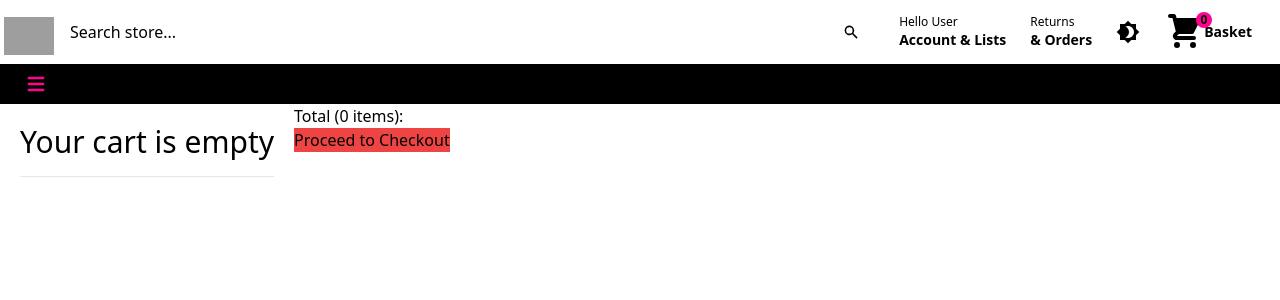
Repository: MarkusDavis/markus-davis-store
Page: /checkout
The author's editor kept a copy of each file at every save. The page is drawn from the files as they stood at one save, then again after the next save.
The browser window is 1280 px wide. The pictures show the whole page.
Pictures or frames that could not be fetched are drawn as grey boxes. The page's requests for data from a server got no answer. The project was rebuilt for these pictures with package versions that can differ from the ones it lists, and the page was loaded fresh each time. The framework's server and built-in components were replaced by stand-ins that run in the browser. No one was signed in, and anything a server would have sent is missing. Also part of the build but not shown: next.config.js, src/components/CheckoutProduct.js.

Above is the page before, as saved 2022-10-11 01:55:52.

### src/pages/_app.js
import { ThemeProvider } from "next-themes";
import { Provider } from "react-redux";
import { store } from "../app/store";
import "../styles/globals.css";
import { SessionProvider } from "next-auth/react";

function MyApp({ Component, pageProps: { session, ...pageProps } }) {
  return (
    <SessionProvider session={session}>
      <ThemeProvider
        forcedTheme={Component.theme || undefined}
        attribute="class"
      >
        <Provider store={store}>
          <Component {...pageProps} />
        </Provider>
      </ThemeProvider>
    </SessionProvider>
  );
}

export default MyApp;

### src/pages/checkout.js
import { useSession } from "next-auth/react";
import Image from "next/image";
import React from "react";
import { useSelector } from "react-redux";
import CheckoutProduct from "../components/CheckoutProduct";
import Header from "../components/Header";
import { selectItems } from "../slices/basketSlice";

function checkout() {
  const items = useSelector(selectItems);
  const session = useSession();
  return (
    <div className="">
      <Header />

      <main className="lg:flex max-w-screen-2xl mx-auto">
        <div className="flex flex-col p-5 space-y-10">
          <h1 className="text-3xl border-b pb-4">
            {items.length === 0 ? "Your cart is empty" : "Your Shopping Cart"}
          </h1>
          {items.map((item, i) => (
            <CheckoutProduct
              key={i}
              id={item.id}
              title={item.title}
              rating={item.rating}
              price={item.price}
              description={item.description}
              category={item.category}
              image={item.image}
              hasPlus={item.hasPlus}
            />
          ))}
        </div>
        <div className="">
          <h2 className="whitespace-nowrap">
            Total ({items.length} items):
            <span className="font-bold">
              {/* <Currency quantity={price} currency="USD" /> */}
            </span>
          </h2>
          <button className="button">
            {!session ? "Sign in to Continue" : "Proceed to Checkout"}
          </button>
        </div>
      </main>
    </div>
  );
}

export default checkout;

### src/styles/globals.css
@tailwind base;
@tailwind components;
@tailwind utilities;

@layer components {
  .link {
    @apply cursor-pointer hover:underline hover:text-primary;
  }
  .button {
    @apply bg-red-500;
  }
}

### src/components/Header.js
import React from "react";
import { signIn, signOut, useSession } from "next-auth/react";
import Image from "next/image";
import Brightness4Icon from "@material-ui/icons/Brightness4";
import { MenuIcon, ShoppingCartIcon, SearchIcon } from "@heroicons/react/solid";
import { useTheme } from "next-themes";
import { useRouter } from "next/router";
function Header() {
  const { theme, setTheme } = useTheme();
  const router = useRouter();
  return (
    <header className="sticky top-0 z-50">
      <div className="flex items-center p-1 flex-grow py-2 bg-light-primary dark:bg-dark-secondary">
        <div className="mt-2 flex items-center flex-grow sm:flex-grow-0">
          <Image
            onClick={() => router.push("/")}
            src="https://firebasestorage.googleapis.com/v0/b/markusdavisstore.appspot.com/o/logo.png?alt=media&token=0af606cd-bb13-4314-b5bf-a095e056261e"
            width={50}
            height={40}
            objectFit="contain"
            className="cursor-pointer"
          />
        </div>
        <div className="hidden sm:flex items-center h-10 rounded-md flex-grow cursor-pointer hover:bg-light-secondary dark:hover:bg-dark-primary">
          <input
            className="p-2 h-full w-6 flex-grow flex-shrink rounded-l-md focus:outline-none px-4 bg-transparent dark:text-white dark:placeholder:text-white placeholder:text-black"
            type="text"
            placeholder="Search store..."
          />
          <SearchIcon className="h-12 p-4 dark:text-white" />
        </div>
        <div className="flex items-center text-xs space-x-6 mx-6 whitespace-nowrap">
          <div onClick={signIn} className="link">
            <p className="">Hello User</p>
            <p className="font-extrabold md:text-sm">Account & Lists</p>
          </div>
          <div className="link">
            <p className="">Returns</p>
            <p className="font-extrabold md:text-sm">& Orders</p>
          </div>
          <Brightness4Icon
            className="cursor-pointer hover:text-primary border border-none rounded-full"
            onClick={() => {
              setTheme(theme === "light" ? "dark" : "light");
            }}
          />
          <div
            onClick={() => router.push("/checkout")}
            className="relative link flex items-center"
          >
            <span className="absolute top-0 right-0 md:right-10 h-4 w-4 bg-primary text-center rounded-full font-bold dark:text-white">
              0
            </span>
            <ShoppingCartIcon className="h-10 dark:text-white" />
            <p className="hidden md:inline font-extrabold text-sm">Basket</p>
          </div>
        </div>
      </div>
      <div className="flex items-center space-x-3 p-2 pl-6 bg-dark-primary text-sm">
        <p className="link flex items-center">
          <MenuIcon className="h-6 mr-1 text-primary" />
          All
        </p>
        <p className="link">Gaming</p>
        <p className="link">Business</p>
        <p className="link">Clothing</p>
        <p className="link hidden lg:inline-flex">Electronics</p>
        <p className="link hidden lg:inline-flex">Food & Grocery</p>
        <p className="link hidden lg:inline-flex">Plus</p>
        <p className="link hidden lg:inline-flex">Buy Again</p>
        <p className="link hidden lg:inline-flex">Shopper Toolkit</p>
        <p className="link hidden lg:inline-flex">Health & Personal Care</p>
      </div>
    </header>
  );
}

export default Header;

### tailwind.config.js
module.exports = {
  mode: "jit",
  purge: [
    "./src/pages/**/*.{js,ts,jsx,tsx}",
    "./src/components/**/*.{js,ts,jsx,tsx}"
  ],
  darkMode: "class",
  theme: {
    extend: {
      colors: {
       primary: "#ff0390",
       secondary: "#d3d3d3",

        light: {
          primary: "#fff",
          secondary: "#d3d3d3"
        },
        dark: {
          primary: "#000",
          secondary: "#323232"
        }
      }
    }
  },
  variants: {
    extend: {}
  },
  plugins: [require("@tailwindcss/line-clamp")]
};

Loaded but not shown: src/app/store.js (common file); src/slices/basketSlice.js (common file)

After the next save:
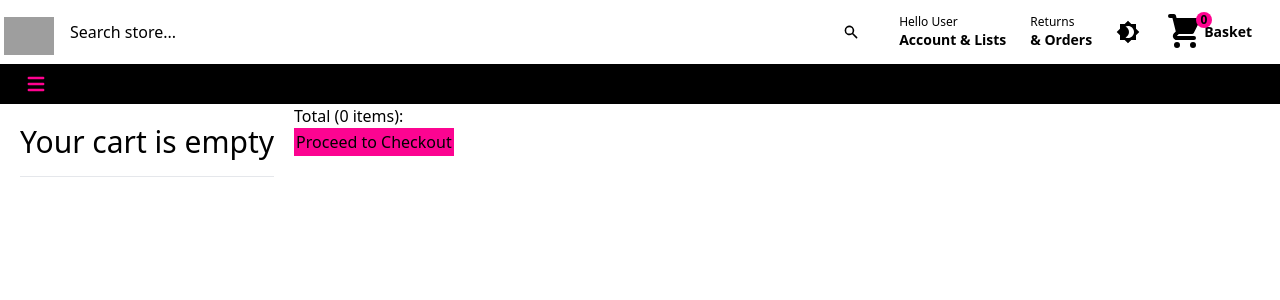
Saved 115 s later.
--- a/src/styles/globals.css
+++ b/src/styles/globals.css
@@ -6,7 +6,10 @@
   .link {
     @apply cursor-pointer hover:underline hover:text-primary;
   }
+}
+@layer components {
   .button {
-    @apply bg-red-500;
+   background-color: #fc0491;
+   padding: 2px;
   }
 }
